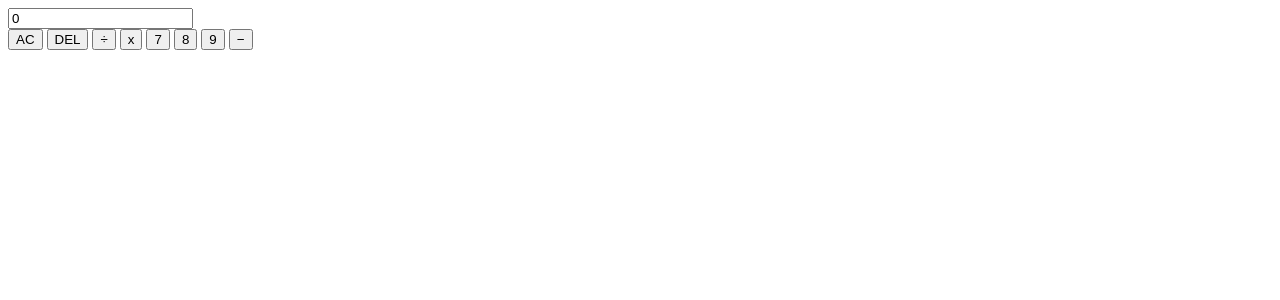
Repository: Mantombi81/Mozi--Calculator
Page: index.html
These files come from the project's save history. The page is drawn as it stood at one moment and after a run of saves; the edit follows.
The browser window is 1280 px wide. The pictures show the whole page.

Above is the page before, as saved 2025-06-03 13:04:10.

After the next 8 saves:
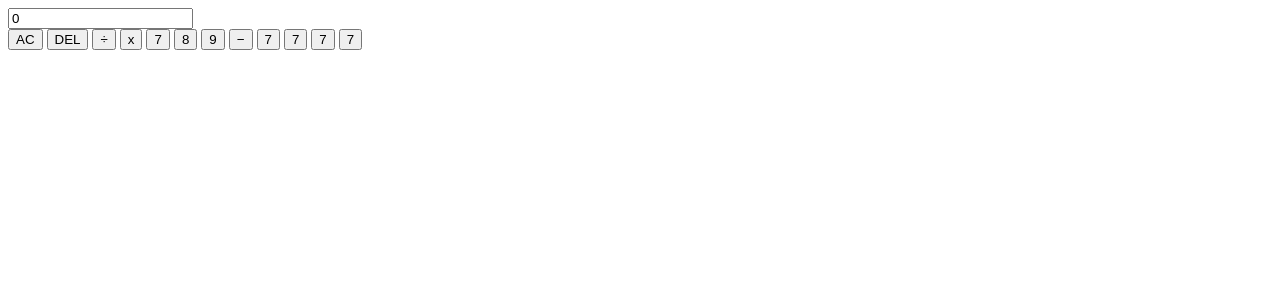
The 8 saves are shown as one change because they came seconds apart.
The last was saved 30 s later.
--- a/index.html
+++ b/index.html
@@ -26,6 +26,10 @@
               <button class="btn operator" onclick="appendToDisplay('-')">−</button>
 
               <!-- Third row -->
+              <button class="btn number" onclick="appendToDisplay('7')">7</button>
+              <button class="btn number" onclick="appendToDisplay('7')">7</button>
+              <button class="btn number" onclick="appendToDisplay('7')">7</button>
+              <button class="btn number" onclick="appendToDisplay('7')">7</button>
 
           </div>
     </div>
